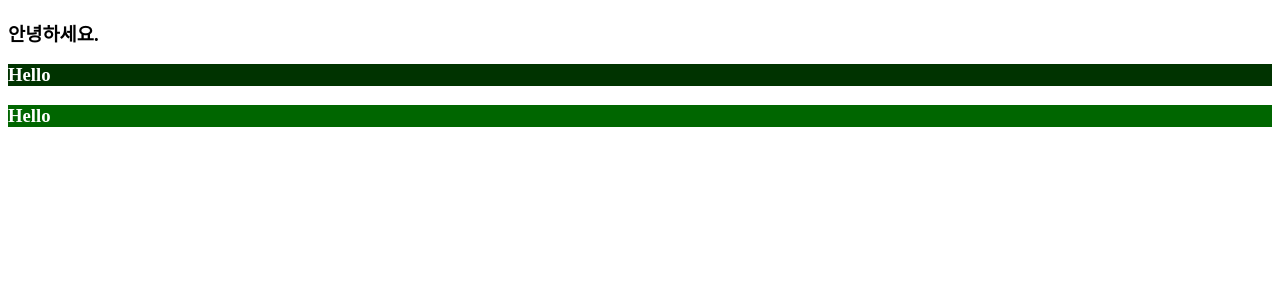
Repository: gwonjunsu95/html5
Page: html5/WebContent/day0504.html
An editor plug-in stored every save of this project. The page is shown before and after the next save, followed by the edit.
The browser window is 1280 px wide. The pictures show the whole page.

Above is the page before, as saved 2020-04-22 05:01:40.

### html5/WebContent/day0504.html
<!DOCTYPE html>
<html>
<head>
<meta charset="UTF-8">
<title>Insert title here</title>
</head>
<body>
	<h3>안녕하세요</h3>
	<h3 class = "text">안녕하세요</h3>
	<h3 class = "text">안녕하세요</h3>
	<script>
		let tags = document.getElementsByTagName("h3"); //단일 태그가 아닐시에는 배열로 리턴
		for(let i = 0; i < tags.length; i++){
			tags[i].innerText = "Hello";
			tags[i].style.background = "#00" + i*33 + "00";
		}

		let texts = document.getElementsByClassName("text");
		for(let i = 0; i < texts.length; i++){
			texts[i].style.color = "white";
		}

		let query = document.querySelector("h3");
		query.innerText = "안녕하세요.";

// 		let querys = document.querySelectorAll("h3");
// 		for(let i = 0; i < querys.length; i++){
// 			querys[i].innerText = "자바스크립트";
// 		}

// 		let querys = document.querySelectorAll(".text");
// 		for(let i = 0; i < querys.length; i++){
// 			querys[i].style.fontSize = "30px";
// 		}
	</script>
</body>
</html>

After the next save:
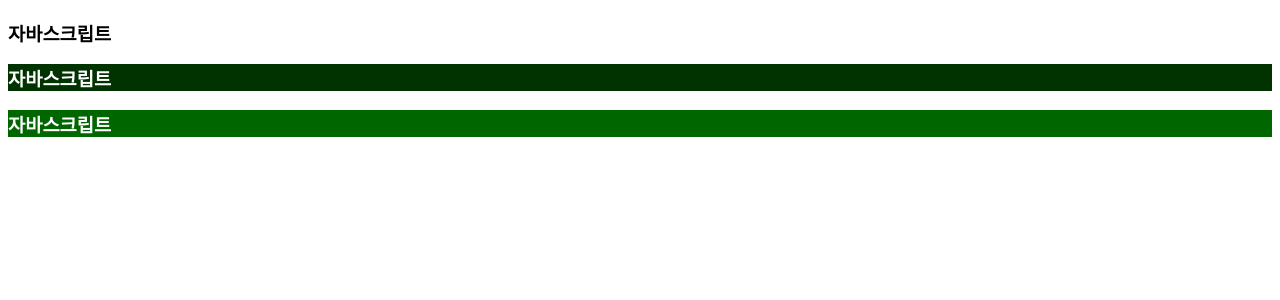
Saved 11 s later.
--- a/html5/WebContent/day0504.html
+++ b/html5/WebContent/day0504.html
@@ -23,10 +23,10 @@
 		let query = document.querySelector("h3");
 		query.innerText = "안녕하세요.";
 
-// 		let querys = document.querySelectorAll("h3");
-// 		for(let i = 0; i < querys.length; i++){
-// 			querys[i].innerText = "자바스크립트";
-// 		}
+		let querys = document.querySelectorAll("h3");
+		for(let i = 0; i < querys.length; i++){
+			querys[i].innerText = "자바스크립트";
+		}
 
 // 		let querys = document.querySelectorAll(".text");
 // 		for(let i = 0; i < querys.length; i++){
